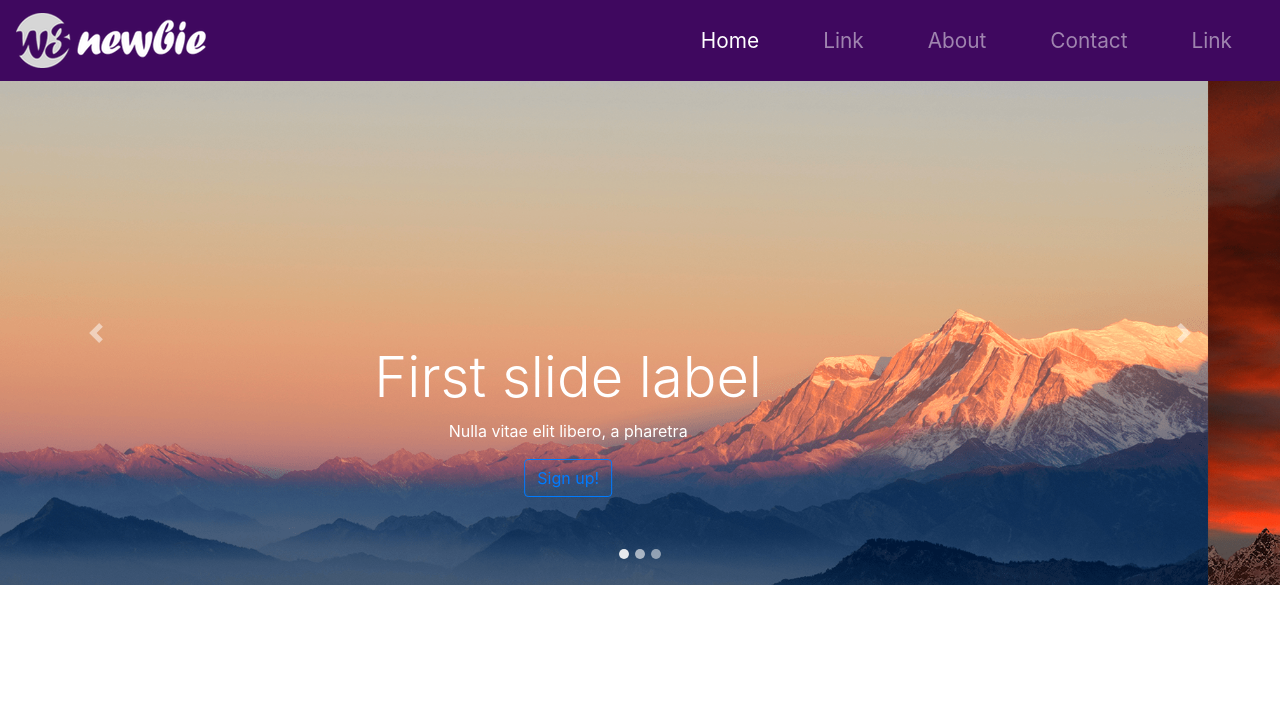
Repository: Mietlicha/bootstrap-project
Page: Bootstrap Website Files/index.html
An editor plug-in stored every save of this project. The page is shown before and after the next save, followed by the edit.
The browser window is 1280 px wide. The pictures show the whole page.

Above is the page before, as saved 2019-10-28 21:52:12.

After the next save:
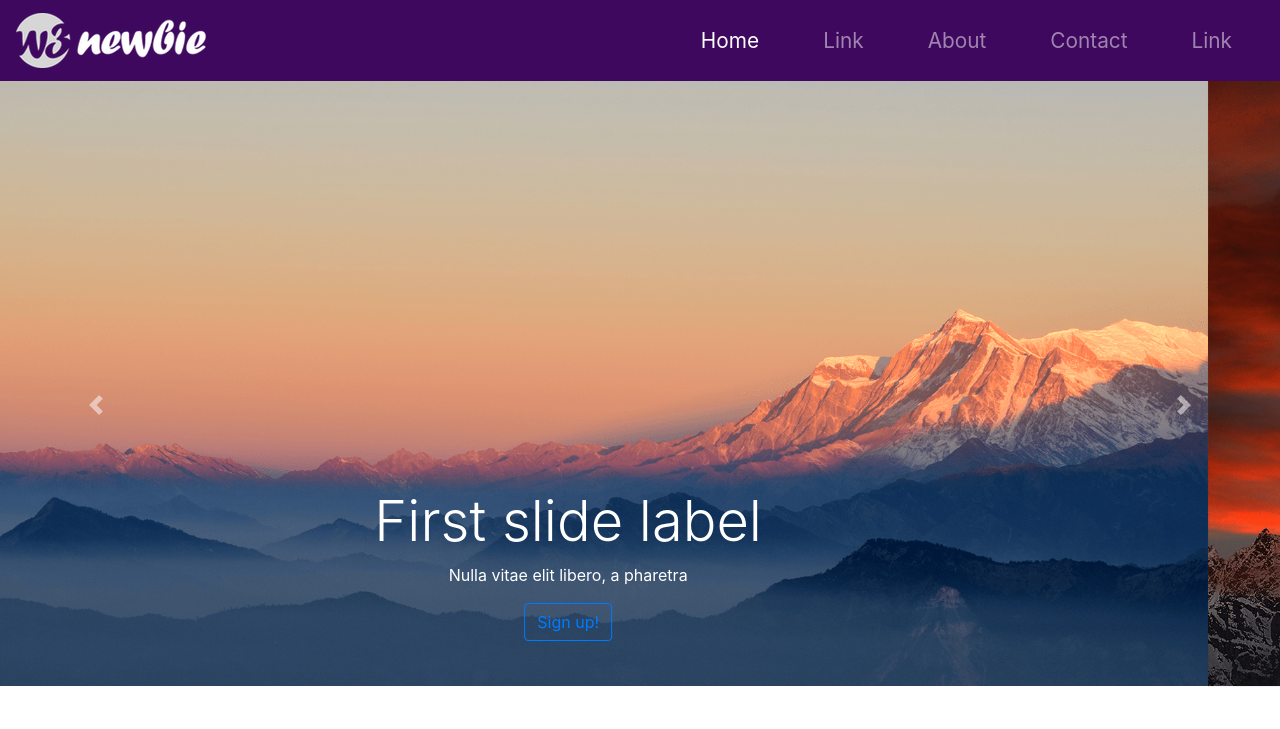
Saved 8 s later.
--- a/style.css
+++ b/style.css
@@ -25,7 +25,7 @@
 
 .carousel-item{
     width: 100%;
-    height: 70vh;
+    height: 90vh;
 }
 .carousel-indicators > li {
     width: 10px;
